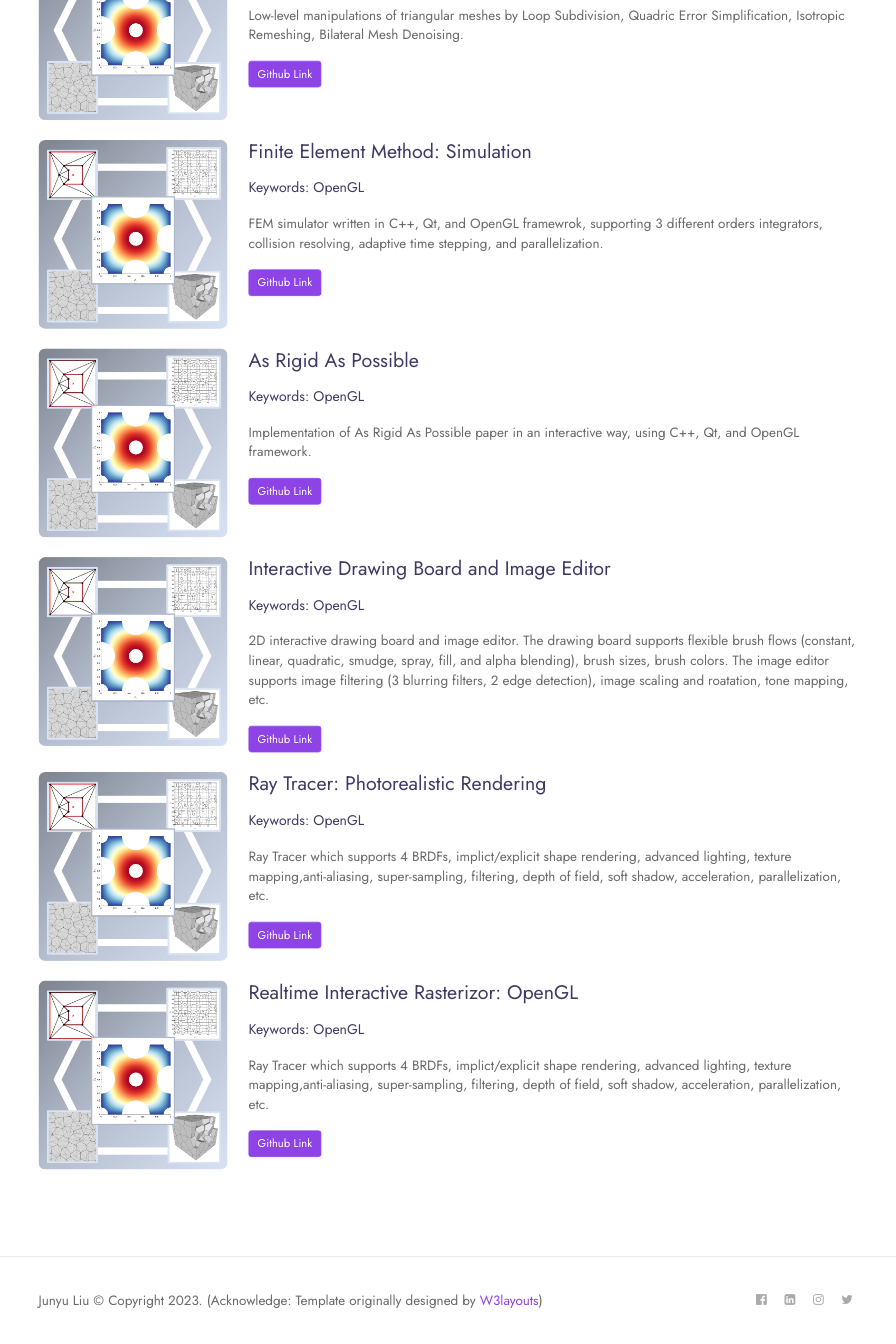
Repository: Junyu-Liu-Nate/junyu-liu-nate.github.io
Page: project.html
These files come from the project's save history. The page is drawn as it stood at one moment and after the next save; the edit follows.
The browser window is 1280 px wide. The pictures show the part of the page from y = 1137 to 3057 px (the page is 3057 px tall), at 70% of full size.

Above is the page before, as saved 2024-04-10 19:10:43.
Console error: TypeError: Cannot read properties of null (reading 'classList')

After the next save:
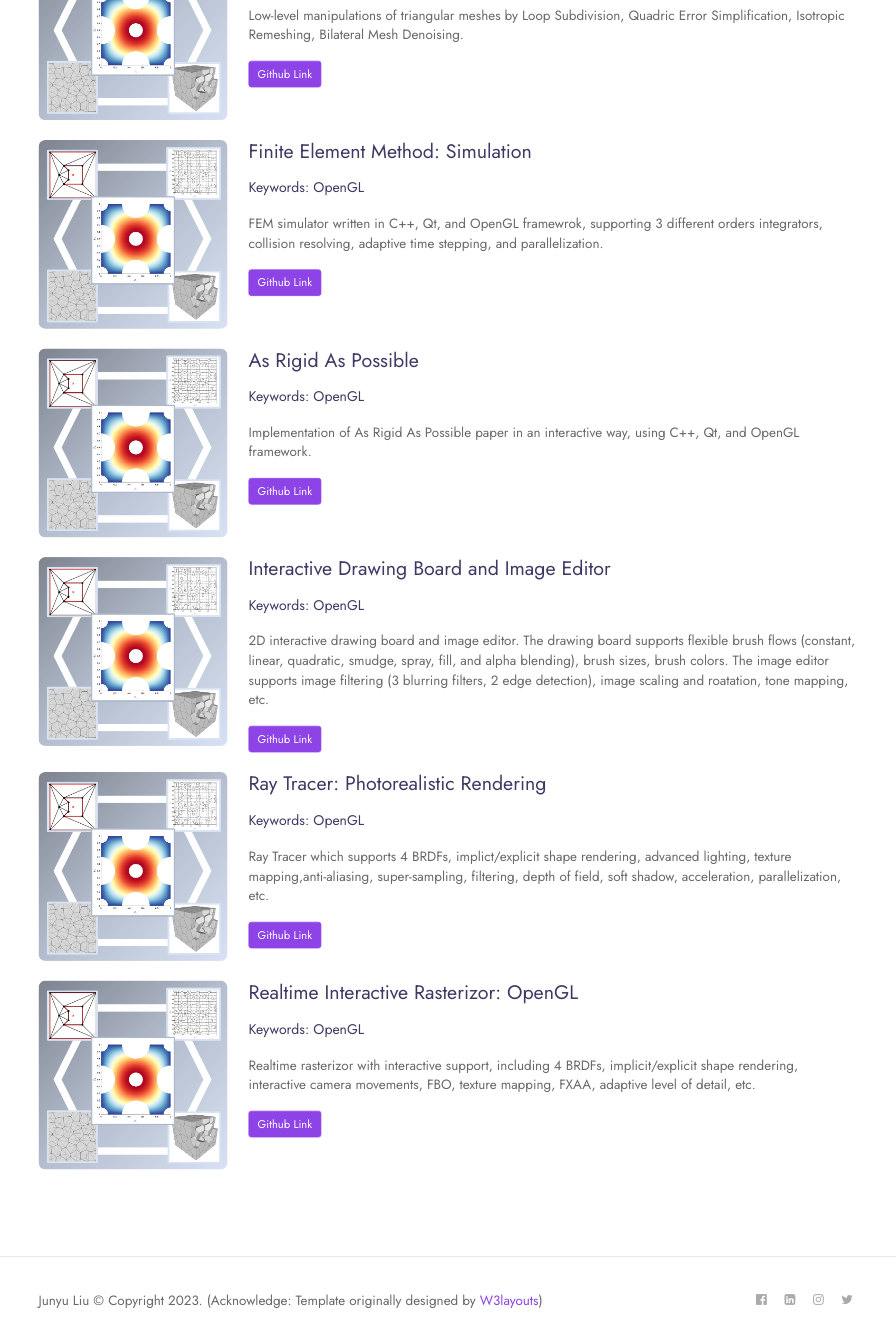
Saved 13 s later.
--- a/project.html
+++ b/project.html
@@ -280,7 +280,7 @@ Author URL: http://w3layouts.com
                   <h5>Keywords: OpenGL</h5>
                   <br>
                   <p>
-                    Ray Tracer which supports 4 BRDFs, implict/explicit shape rendering, advanced lighting, texture mapping,anti-aliasing, super-sampling, filtering, depth of field, soft shadow, acceleration, parallelization, etc.
+                    Realtime rasterizor with interactive support, including 4 BRDFs, implicit/explicit shape rendering, interactive camera movements, FBO, texture mapping, FXAA, adaptive level of detail, etc.
                   </p>
                   <br>
                   <div>
